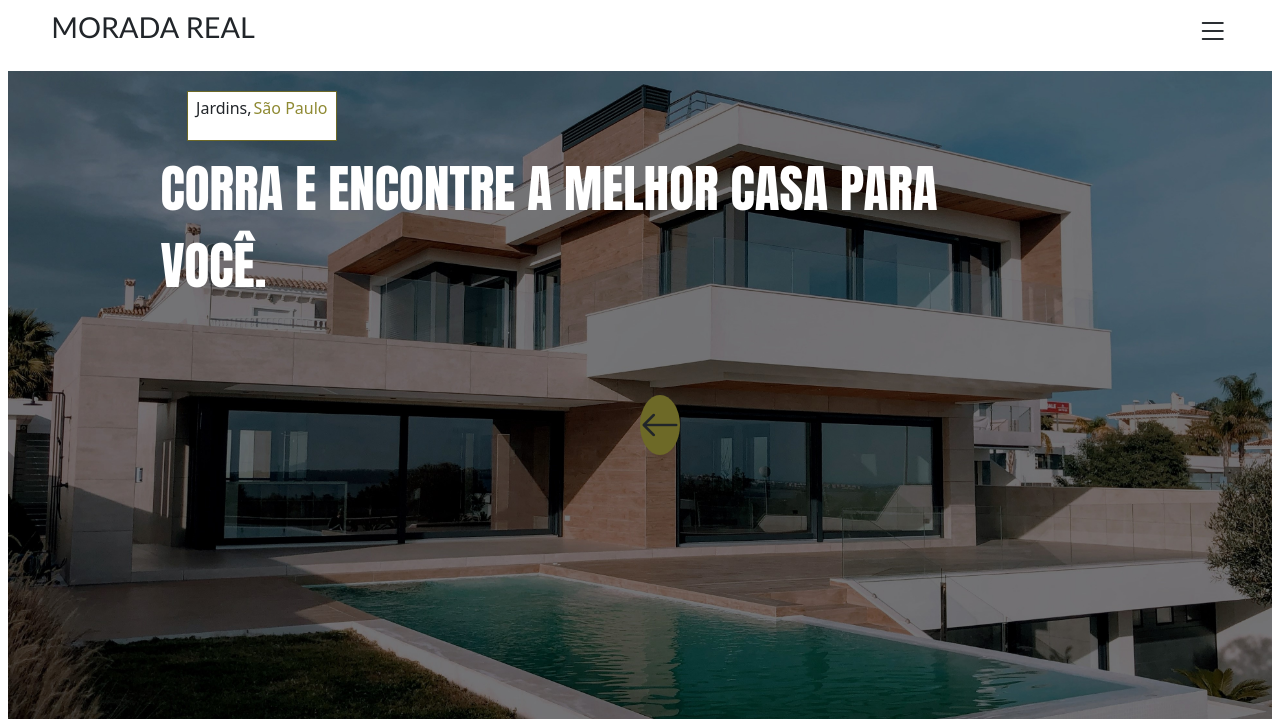
Repository: Mattyns/moradareal
Page: index.html
An editor plug-in stored every save of this project. The page is shown before and after a run of saves, followed by the edit.
The browser window is 1280 px wide. The pictures show the whole page.

Above is the page before, as saved 2025-07-11 18:37:12.

### index.html
<!DOCTYPE html>
<html lang="pt-br">
    <head>
        <meta charset="UTF-8" />
        <meta name="viewport" content="width=device-width, initial-scale=1.0" />
        <title>Morada Real</title>
        <link
            rel="stylesheet"
            href="https://cdnjs.cloudflare.com/ajax/libs/animate.css/4.1.1/animate.min.css"
        />
        <link
            href="https://cdn.jsdelivr.net/npm/bootstrap@5/dist/css/bootstrap.min.css"
            rel="stylesheet"
            integrity="sha384-QWTKZyjpPEjISv5WaRU9OFeRpok6YctnYmDr5pNlyT2bRjXh0JMhjY6hW+ALEwIH"
            crossorigin="anonymous"
        />
        <link
            rel="stylesheet"
            href="https://cdn.jsdelivr.net/npm/bootstrap-icons@1.11.3/font/bootstrap-icons.min.css"
        />
        <link rel="stylesheet" href="style/style.css" />
    </head>
    <body>
        <header class="header__container">

            <h1 class="logo__text">MORADA REAL</h1> <i class="bi-list menu__list"></i>
        </header>

        <main>
            <section class="contrast">

                <div class="contrast__container">
                    <div class="local local__sp">
                        <div class="local__text">
                            <p>Jardins,</p> <p class="local__text--contrast"> São Paulo</p>
                        </div>
                        <p class="text__message">CORRA E ENCONTRE A MELHOR CASA PARA VOCÊ.</p>
                    </div>
                    <div class="local local__rs">
                        <div class="local__text">
                            <p>Bela Vista,</p> <p class="local__text--contrast"> Rio Grande do Sul</p>
                        </div>
                        <p class="text__message">O LAR DOS SEUS SONHOS PODE ESTAR A UM CLIQUE DE DISTÂNCIA.</p>
                    </div>
                    <div class="local local__rj">
                        <div class="local__text">
                            <p>Leblon,</p> <p class="local__text--contrast"> Rio de Janeiro</p>
                        </div>
                        <p class="text__message">NÃO PERCA TEMPO! SUA NOVA HISTÓRIA COMEÇA AQUI.</p>
                    </div>

                </div>

                <i class="img__button bi-arrow-left" id="img__button--left"></i>
                <i class="img__button bi-arrow-right" id="img__button--right"></i>

            </section>


        </main>

        <script src="script/carousel.js"></script>
    </body>
</html>

### style/style.css
@charset "UTF-8";

:root {
    --preto:black;
    --branco:white;
    --cor1:#D3CC4C;
    --cor2:#B1AB40;
    --cor3:#DCD650;
    --cor4:#8F8A33;
    --cor5:#6D6927;
    --cor6:#4B481B;
    --cor7:#f0eca5;
    --cor8:white;

}

* {
    margin: 0px;
    padding: 0px;
    box-sizing: border-box;
}

.header__container {
    display: flex;
    height: 20%;
    width: 100%;
    background-color: var(--branco);
    align-items: center;
    padding-top: 10px;
    padding-bottom: 10px;
}

.logo__text {
    margin-left: 4%;
    font-size: 180%;
    font-family: 'Trebuchet MS', 'Lucida Sans Unicode', 'Lucida Grande', 'Lucida Sans', Arial, sans-serif;
}

.menu__list {
    font-size: 2em;
    position: absolute;
    right: 4%;
}

.contrast {
    height: 90vh;
    margin: 8px;

    overflow: hidden;
    max-width: 100%;
    position: relative;


}

.contrast__container {

    display: flex;
  transition: transform 0.3s ease;
  will-change: transform;
  touch-action: pan-y;
}

.local {
    height: 90vh;
    background-size: cover;
    background-position: right;
     flex: 0 0 100%;
    box-sizing: border-box;
    padding: 20px; /* opcional */
}

.local__sp {
    background-image: url(../img/webaliser.jpg);

}

.local__rs {
    background-image: url(../img/brian.jpg);

}

.local__rj {
    background-image: url(../img/zoe.jpg);

}

.local__text {
    display: flex;
    background-color: var(--branco);
    width: fit-content;
    padding: 4px 0px;
    padding-left: 8px;
    padding-right: 8px;
    top: 20%;
    margin-left:13%;
    border: 1px solid var(--cor5);

}

.local__text--contrast {
    color: var(--cor4);
    margin-left: 2px;
}

.text__message {
    top: 26%;
    width: 68%;
    margin-left: 10%;
    font-size:320%;
    font-family:Impact, Haettenschweiler, 'Arial Narrow Bold', sans-serif;
    color:var(--cor8) ;
    padding: 10px;
    border-radius: 10px;
}

.img__button {
    font-size: 2.5em;
    position:absolute;
    background-color: var(--cor5);
    border-radius: 50%;

}

#img__button--left {
    left: 50%;
    top: 50%;
}

### script/carousel.js
const container = document.querySelector('.contrast__container');
const slides = document.querySelectorAll('.local');

let isDragging = false;
let startPos = 0;
let currentTranslate = 0;
let prevTranslate = 0;
let animationID;
let currentIndex = 0;

slides.forEach((slide, index) => {
  slide.addEventListener('touchstart', touchStart(index));
  slide.addEventListener('touchend', touchEnd);
  slide.addEventListener('touchmove', touchMove);

  slide.addEventListener('mousedown', touchStart(index));
  slide.addEventListener('mouseup', touchEnd);
  slide.addEventListener('mouseleave', touchEnd);
  slide.addEventListener('mousemove', touchMove);
});

function touchStart(index) {
  return function (event) {
    currentIndex = index;
    startPos = getPositionX(event);
    isDragging = true;

    animationID = requestAnimationFrame(animation);
  };
}

function touchMove(event) {
  if (!isDragging) return;
  const currentPosition = getPositionX(event);
  currentTranslate = prevTranslate + currentPosition - startPos;
}

function touchEnd() {
  cancelAnimationFrame(animationID);
  isDragging = false;

  const movedBy = currentTranslate - prevTranslate;

  if (movedBy < -100 && currentIndex < slides.length - 1) currentIndex++;
  if (movedBy > 100 && currentIndex > 0) currentIndex--;

  setPositionByIndex();
}

function getPositionX(event) {
  return event.type.includes('mouse') ? event.pageX : event.touches[0].clientX;
}

function animation() {
  setSliderPosition();
  if (isDragging) requestAnimationFrame(animation);
}

function setSliderPosition() {
  container.style.transform = `translateX(${currentTranslate}px)`;
}

function setPositionByIndex() {
  currentTranslate = currentIndex * -container.offsetWidth;
  prevTranslate = currentTranslate;
  setSliderPosition();
}

After the next 4 saves:
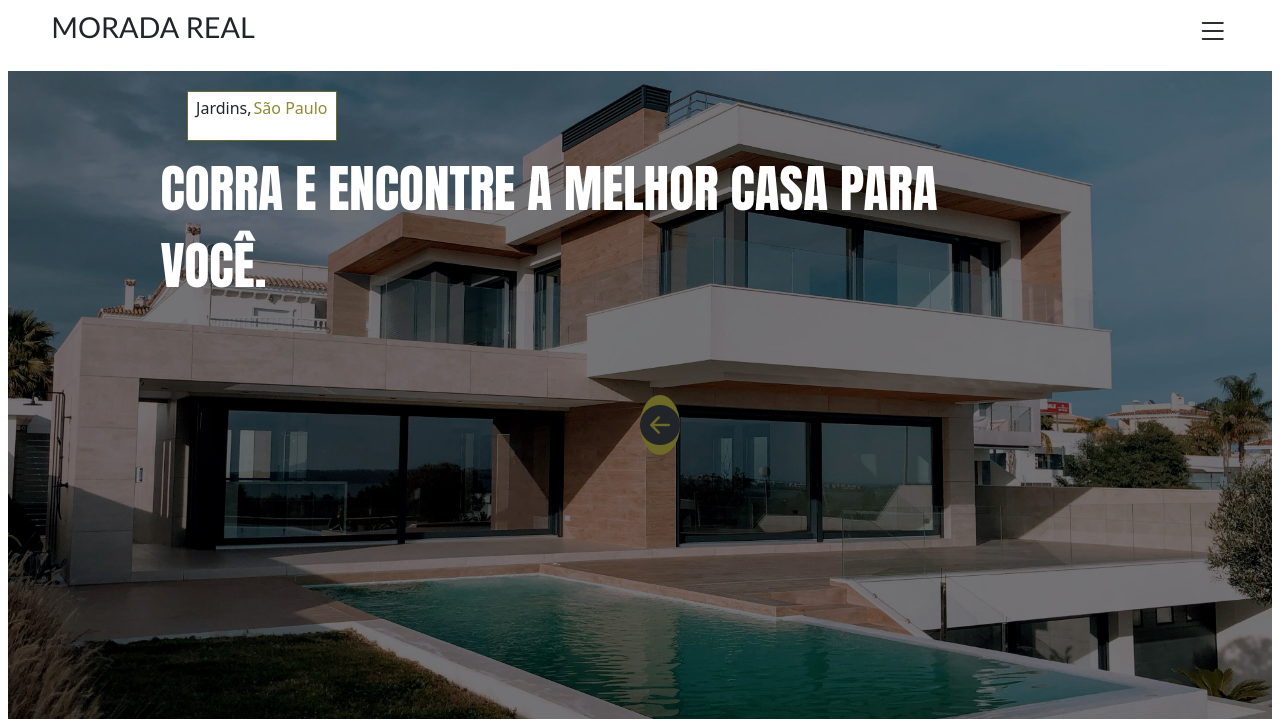
The 4 saves are shown as one change because they came seconds apart.
The last was saved 25 s later.
--- a/index.html
+++ b/index.html
@@ -51,8 +51,8 @@
 
                 </div>
 
-                <i class="img__button bi-arrow-left" id="img__button--left"></i>
-                <i class="img__button bi-arrow-right" id="img__button--right"></i>
+                <i class="img__button bi-arrow-left-circle-fill" id="img__button--left"></i>
+                <i class="img__button bi-arrow-right-circle-fill" id="img__button--right"></i>
 
             </section>
 
